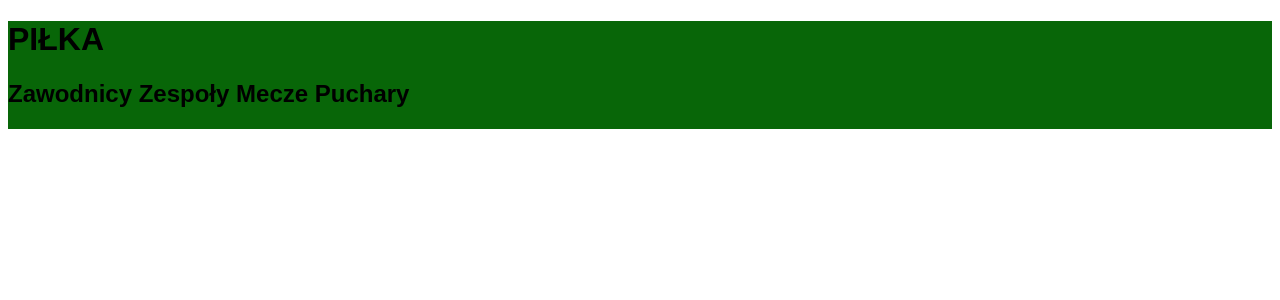
Repository: ZABA78/PAZW
Page: index.html
An editor plug-in stored every save of this project. The page is shown before and after the next save, followed by the edit.
The browser window is 1280 px wide. The pictures show the whole page.
Some web fonts or font styles are not loaded; a fallback is used.

Above is the page before, as saved 2023-10-17 13:57:14.

### index.html
<!DOCTYPE html>
<html lang="en">
<head>
    <meta charset="UTF-8">
    <meta http-equiv="X-UA-Compatible" content="IE=edge">
    <meta name="viewport" content="width=device-width, initial-scale=1.0">
    <link rel="stylesheet" href="style.css">
    <title>Piłka</title>
    <style>
        @import url('https://fonts.googleapis.com/css2?family=Tilt+Neon&display=swap');
        </style>
</head>
<body>
    <header>
        <!--<img src="pilka.png" alt="logo" class = "logo">--><h1>PIŁKA</h1>
        <nav>
            <h2>Zawodnicy
            Zespoły
            Mecze
            Puchary</h2>
        </nav>
    </header>
</body>
</html>

### style.css
*
{
    font-family: 'Tilt Neon', sans-serif;
}
.logo
{
    height: 100vh;

}
header
{
    background-color: rgb(8, 102, 8);
    height: 15vh;

}
h2
{

}

After the next save:
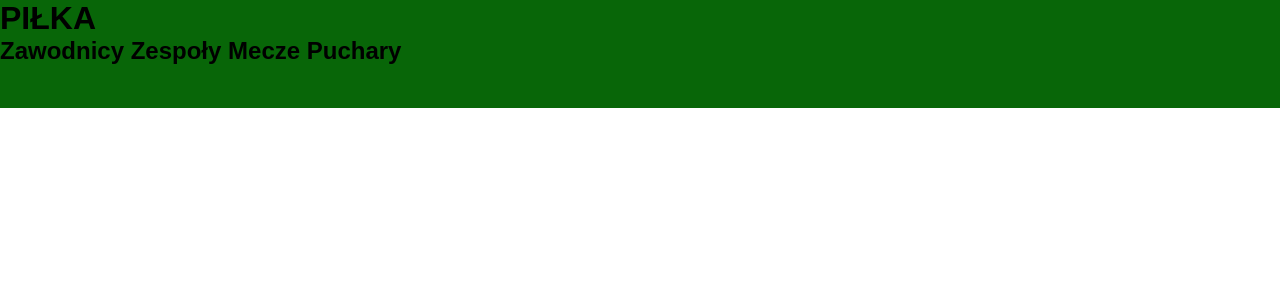
Saved 2 min 39 s later.
--- a/style.css
+++ b/style.css
@@ -1,6 +1,9 @@
 *
 {
     font-family: 'Tilt Neon', sans-serif;
+    margin:0;
+    padding: 0;
+    box-sizing: border-box;
 }
 .logo
 {
